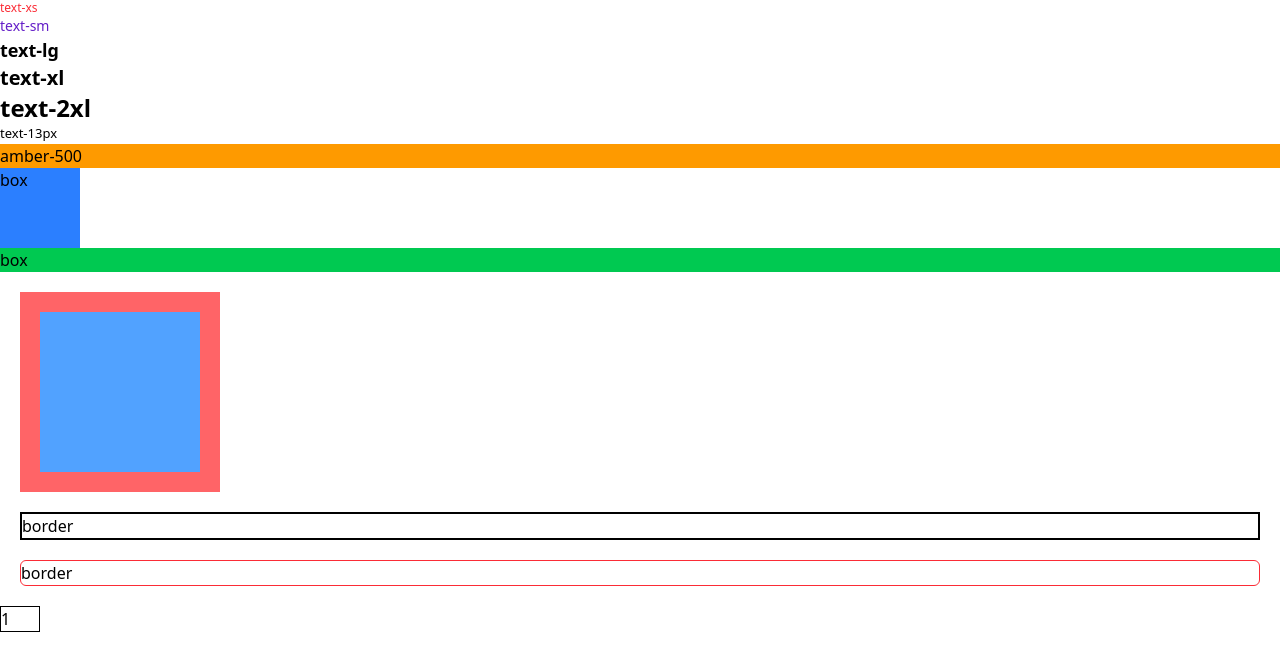
Repository: kkhhjjoo/onebite-tailwind
Page: /
The author's editor kept a copy of each file at every save. The page is drawn from the files as they stood at one save, then again after the next save.
The browser window is 1280 px wide. The pictures show the whole page.
The project was rebuilt for these pictures with package versions that can differ from the ones it lists, and the page was loaded fresh each time. Also part of the build but not shown: vite.config.ts, src/App.css.

Above is the page before, as saved 2025-12-24 20:02:09.

After the next save:
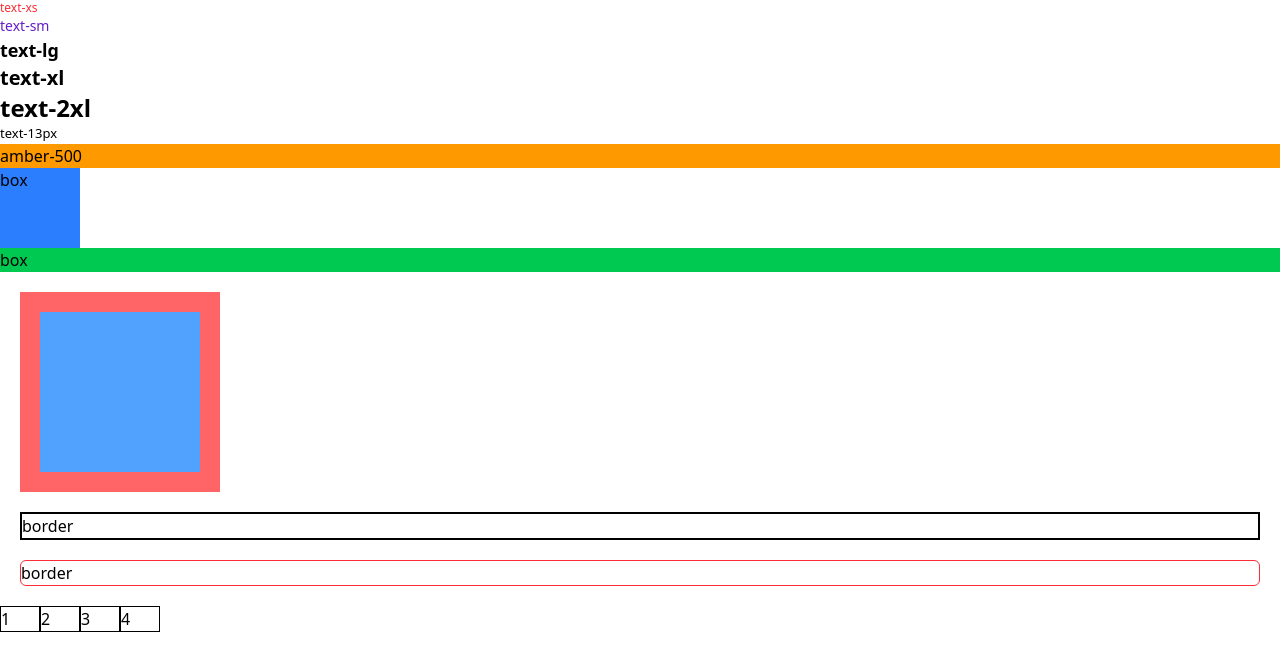
Saved 10 s later.
--- a/src/App.tsx
+++ b/src/App.tsx
@@ -33,6 +33,9 @@ function App() {
       {/* 6. 플렉스 컨테이너 */}
       <div className="flex">
         <div className="w-10 border">1</div>
+        <div className="w-10 border">2</div>
+        <div className="w-10 border">3</div>
+        <div className="w-10 border">4</div>
       </div>
     </div>
   );
